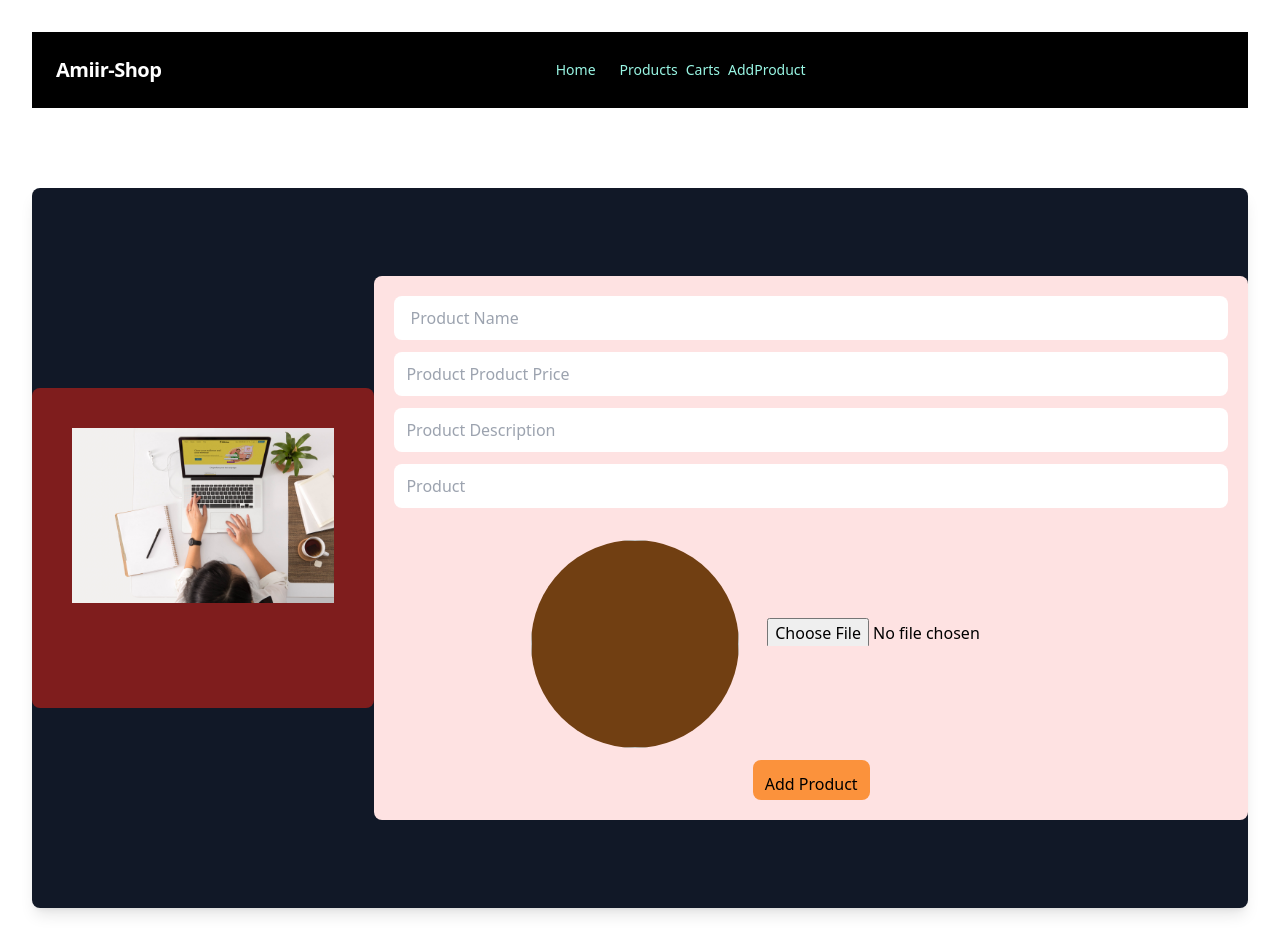
Repository: ENG-AMIIR-MUSE/ECommerce-app-using-react
Page: /addProducts
These files come from the project's save history. The page is drawn as it stood at one moment and after the next save; the edit follows.
The browser window is 1280 px wide. The pictures show the whole page.
The page's requests for data from a server got no answer. The project was rebuilt for these pictures with package versions that can differ from the ones it lists, and the page was loaded fresh each time. No one was signed in, and anything a server would have sent is missing. Also part of the build but not shown: vite.config.js, src/Components/productList.js, src/Components/productCard.js.

Above is the page before, as saved 2023-06-24 21:01:59.

### src/main.jsx
import React from 'react'
import ReactDOM from 'react-dom/client'
import App from './App.jsx'
import './index.css'

import { BrowserRouter }  from 'react-router-dom'



ReactDOM.createRoot(document.getElementById('root')).render(
  <React.StrictMode>
    <BrowserRouter>
    <App />
    </BrowserRouter>

  </React.StrictMode>,

)

### src/App.jsx
import { useEffect } from 'react'
import { useState } from 'react'
import axios from 'axios'
import ProductList from './Components/ProductList'
import ProductCard from './Components/ProductCard'

import './App.css'

import {NavBar} from './Components/NavBar'
import {  Routes,Route } from 'react-router-dom'

import AddProduct from './Components/AddProduct'

function App() {
const [products,setProducts] =  useState([])

useEffect(()=>{
  axios.get('https://fakestoreapi.com/products')
  .then((response)=>{
    // console.log(response)
   setProducts(response.data)
  }).catch((er)=>{
    console.log(er.response)
  })

})

  return (
    <>

    {/* {console.log(products)} */}
    <NavBar/>

    {/* <ProductCard/> */}
    <Routes>
    <Route path="/"/>
    <Route path="/products" element={<ProductList products ={products}/>}/>

    <Route path="/products/:id" element={<ProductCard products = {products}/>}/>
  <Route path="/addProducts/" element={<AddProduct/>}/>
  </Routes>
    </>


  )


}

export default App

### src/Components/NavBar.jsx
import React from 'react'
import {Link } from 'react-router-dom'
 export function NavBar() {
  return (
    <>
    <nav className=" items-center justify-between flex-wrap bg-black p-6 mb-20 h-auto p-5">
  <div className="flex items-center flex-shrink-0 text-white mr-6">

    <span className="font-semibold text-xl tracking-tight">Amiir-Shop</span>


  <div className="w-full block flex-grow lg:flex lg:items-center lg:w-auto">
    <div className="text-sm lg:flex-grow flex space-x-2 justify-center">
      <Link to="/" className="block mt-4 lg:inline-block lg:mt-0 text-teal-200 hover:text-white mr-4">
        Home
      </Link>
      <Link to="/products" className="block mt-4 lg:inline-block lg:mt-0 text-teal-200 hover:text-white mr-4">
        Products
      </Link>
      <Link to="/carts" className="block mt-4 lg:inline-block lg:mt-0 text-teal-200 hover:text-white">
        Carts
      </Link>
      <Link to="/addProducts" className="block mt-4 lg:inline-block lg:mt-0 text-teal-200 hover:text-white">
        AddProduct
      </Link>
    </div>

  </div>
  </div>
</nav>
    </>
  )

 }

### src/Components/AddProduct.jsx
import React from "react";
import reactsvg from '../assets/weImage.jpg'
import { useState } from "react";
const  AddProduct = ()=>{
  const [image,setImage]  = useState(null)

    return(
        <div  className="bg-gray-900 mt-0  max-w-sm text-black  min-h-screen flex flex-col lg:flex-row lg:max-w-full 2xl:max-w-full max-w-sm mx-auto justify-center items-center  shadow-lg rounded-lg  overflow-hidden">
          <div className="w-96 rounded-lg mx-auto  bg-red-900  m-5 h-80 p-10  ">
           <img src= {reactsvg} className="w-full "  alt="missing-product-image"/>
          </div>
          <div className="  m-10 rounded-lg bg-red-100 mx-auto mx-auto mx-auto">
          <form className="space-y-3 mx-auto p-5 ">

           <input type="text"placeholder=" Product Name" className="w-full rounded-lg h-11  pl-3"/>
          <input type="text"placeholder="Product Product Price" className="w-full rounded-lg h-11  pl-3"/>
          <input type="text"placeholder="Product Description" className="w-full rounded-lg h-11  pl-3"/>
           <input type="text" placeholder="Product"className="w-full rounded-lg h-11 pl-3 "/>
           <div className="flex felx-row  flex-wrap items-center justify-center space-x-4">
             <img src={image&&URL.createObjectURL(image)} alt={image} className="rounded-full w-52 h-52 mt-5  max-w-md  object-cover object-center bg-yellow-900" />
             <input type="file" className = "rounded-lg p-3 h-10 mb-4 " onChange={(event)=>{

              setImage(event.target.files[0])
             }}/>
           </div>
             <input type="submit" className = "rounded-lg bg-orange-400 p-3 h-10 "value="Add Product"/>
          </form>
          </div>
          {console.log(image)}
        </div>
    )
}
export default AddProduct;

Loaded but not shown: index.html (common file); src/index.css (common file); src/App.css (common file); tailwind.config.js (common file)

After the next save:
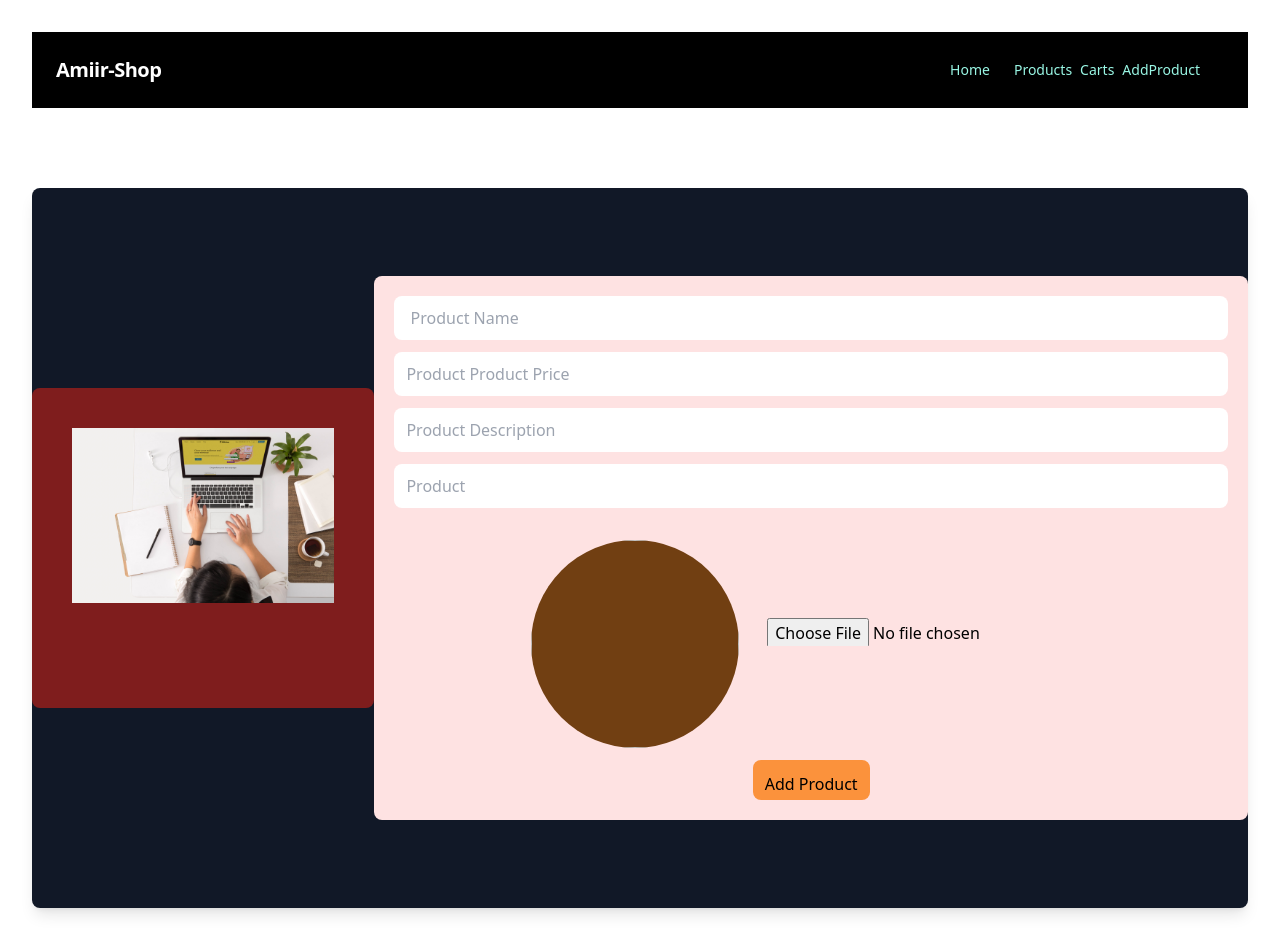
Saved 9 s later.
--- a/src/Components/NavBar.jsx
+++ b/src/Components/NavBar.jsx
@@ -10,7 +10,7 @@ import {Link } from 'react-router-dom'
 
 
   <div className="w-full block flex-grow lg:flex lg:items-center lg:w-auto">
-    <div className="text-sm lg:flex-grow flex space-x-2 justify-center">
+    <div className="text-sm lg:flex-grow flex space-x-2 justify-end">
       <Link to="/" className="block mt-4 lg:inline-block lg:mt-0 text-teal-200 hover:text-white mr-4">
         Home
       </Link>
